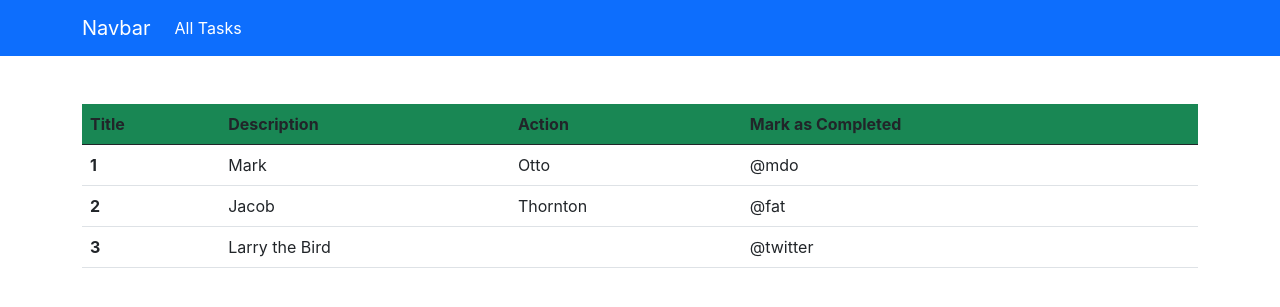
Repository: swathivanka444/MERN-CRUD
Page: /cruds/new (app in frontend_crudapp_reactjs-master/)
The author's editor kept a copy of each file at every save. The page is drawn from the files as they stood at one save, then again after the next save.
The browser window is 1280 px wide. The pictures show the whole page.
The project was rebuilt for these pictures with package versions that can differ from the ones it lists, and the page was loaded fresh each time. Also part of the build but not shown: frontend_crudapp_reactjs-master/src/App.css.

Above is the page before, as saved 2023-08-29 12:31:47.

### frontend_crudapp_reactjs-master/public/index.html
<!DOCTYPE html>
<html lang="en">
  <head>
    <meta charset="utf-8" />
    <link rel="icon" href="%PUBLIC_URL%/favicon.ico" />
    <meta name="viewport" content="width=device-width, initial-scale=1" />
    <meta name="theme-color" content="#000000" />
    <meta
      name="description"
      content="Web site created using create-react-app"
    />
    <link rel="apple-touch-icon" href="%PUBLIC_URL%/logo192.png" />
    <!--
      manifest.json provides metadata used when your web app is installed on a
      user's mobile device or desktop. See https://developers.google.com/web/fundamentals/web-app-manifest/
    -->
    <link rel="manifest" href="%PUBLIC_URL%/manifest.json" />
    <!--
      Notice the use of %PUBLIC_URL% in the tags above.
      It will be replaced with the URL of the `public` folder during the build.
      Only files inside the `public` folder can be referenced from the HTML.

      Unlike "/favicon.ico" or "favicon.ico", "%PUBLIC_URL%/favicon.ico" will
      work correctly both with client-side routing and a non-root public URL.
      Learn how to configure a non-root public URL by running `npm run build`.
    -->

    <title>MERN App</title>
    <link href="https://cdn.jsdelivr.net/npm/bootstrap@5.0.2/dist/css/bootstrap.min.css" rel="stylesheet" integrity="sha384-EVSTQN3/azprG1Anm3QDgpJLIm9Nao0Yz1ztcQTwFspd3yD65VohhpuuCOmLASjC" crossorigin="anonymous">
  </head>
  <body>
    <noscript>You need to enable JavaScript to run this app.</noscript>
    <div id="root"></div>
    <!--
      This HTML file is a template.
      If you open it directly in the browser, you will see an empty page.

      You can add webfonts, meta tags, or analytics to this file.
      The build step will place the bundled scripts into the <body> tag.

      To begin the development, run `npm start` or `yarn start`.
      To create a production bundle, use `npm run build` or `yarn build`.
    -->
    <script src="https://cdn.jsdelivr.net/npm/bootstrap@5.0.2/dist/js/bootstrap.bundle.min.js" integrity="sha384-MrcW6ZMFYlzcLA8Nl+NtUVF0sA7MsXsP1UyJoMp4YLEuNSfAP+JcXn/tWtIaxVXM" crossorigin="anonymous"></script>
  </body>
</html>

### frontend_crudapp_reactjs-master/src/App.js
  import './App.css';
import AllTasks from './component/AllTasks';
import Navbar from './component/Navbar';

function App() {
  return (
 <>
<Navbar/>
<AllTasks/>
 </>
  );
}

export default App;

### frontend_crudapp_reactjs-master/src/component/AllTasks.js
import React from "react";
export default function AllTasks() {
    return (
        <div className="container mt-5">
            <table class="table">
                <thead>
                    <tr className="bg-success">

                        <th scope="col">Title</th>
                        <th scope="col">Description</th>
                        <th scope="col">Action</th>
                        <th scope="col">Mark as Completed</th>
                    </tr>
                </thead>
                <tbody>
                    <tr>
                        <th scope="row">1</th>
                        <td>Mark</td>
                        <td>Otto</td>
                        <td>@mdo</td>
                    </tr>
                    <tr>
                        <th scope="row">2</th>
                        <td>Jacob</td>
                        <td>Thornton</td>
                        <td>@fat</td>
                    </tr>
                    <tr>
                        <th scope="row">3</th>
                        <td colspan="2">Larry the Bird</td>
                        <td>@twitter</td>
                    </tr>
                </tbody>
            </table>
        </div>
    )
}

### frontend_crudapp_reactjs-master/src/component/Navbar.js
import React from "react";
export default function Navbar() {
    return (
        <nav className="navbar navbar-expand-lg navbar-light bg-primary">
            <div className="container">
                <a className="navbar-brand text-white" href="#">Navbar</a>
                <button className="navbar-toggler" type="button" data-bs-toggle="collapse" data-bs-target="#navbarSupportedContent" aria-controls="navbarSupportedContent" aria-expanded="false" aria-label="Toggle navigation">
                    <span className="navbar-toggler-icon"></span>
                </button>
                <div className="collapse navbar-collapse" id="navbarSupportedContent">
                    <ul className="navbar-nav me-auto mb-2 mb-lg-0">
                        <li className="nav-item">
                            <a className="nav-link text-white"  href="#">All Tasks</a>
                        </li>

                    </ul>

                </div>
            </div>
        </nav>
    )
}

Loaded but not shown: frontend_crudapp_reactjs-master/src/index.js (common file); frontend_crudapp_reactjs-master/src/index.css (common file)

After the next save:
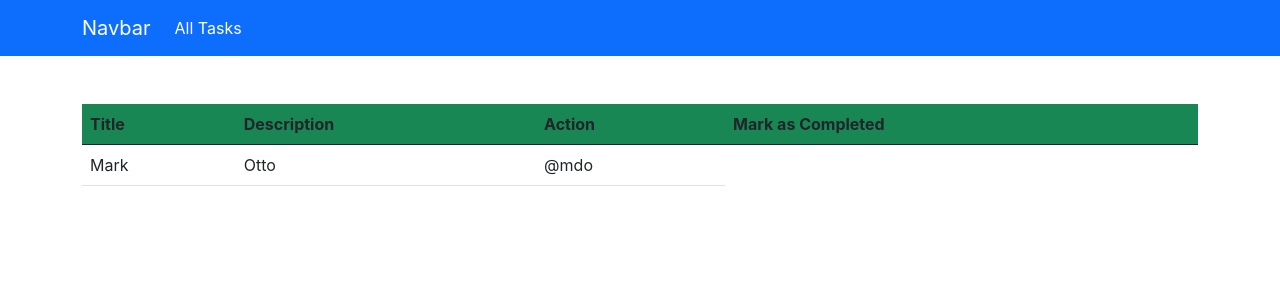
Saved 58 s later.
--- a/frontend_crudapp_reactjs-master/src/component/AllTasks.js
+++ b/frontend_crudapp_reactjs-master/src/component/AllTasks.js
@@ -9,27 +9,16 @@ export default function AllTasks() {
                         <th scope="col">Title</th>
                         <th scope="col">Description</th>
                         <th scope="col">Action</th>
-                        <th scope="col">Mark as Completed</th>
+                        <th scope="col">Mark as Completed  </th>
                     </tr>
                 </thead>
                 <tbody>
                     <tr>
-                        <th scope="row">1</th>
                         <td>Mark</td>
                         <td>Otto</td>
                         <td>@mdo</td>
                     </tr>
-                    <tr>
-                        <th scope="row">2</th>
-                        <td>Jacob</td>
-                        <td>Thornton</td>
-                        <td>@fat</td>
-                    </tr>
-                    <tr>
-                        <th scope="row">3</th>
-                        <td colspan="2">Larry the Bird</td>
-                        <td>@twitter</td>
-                    </tr>
+
                 </tbody>
             </table>
         </div>
